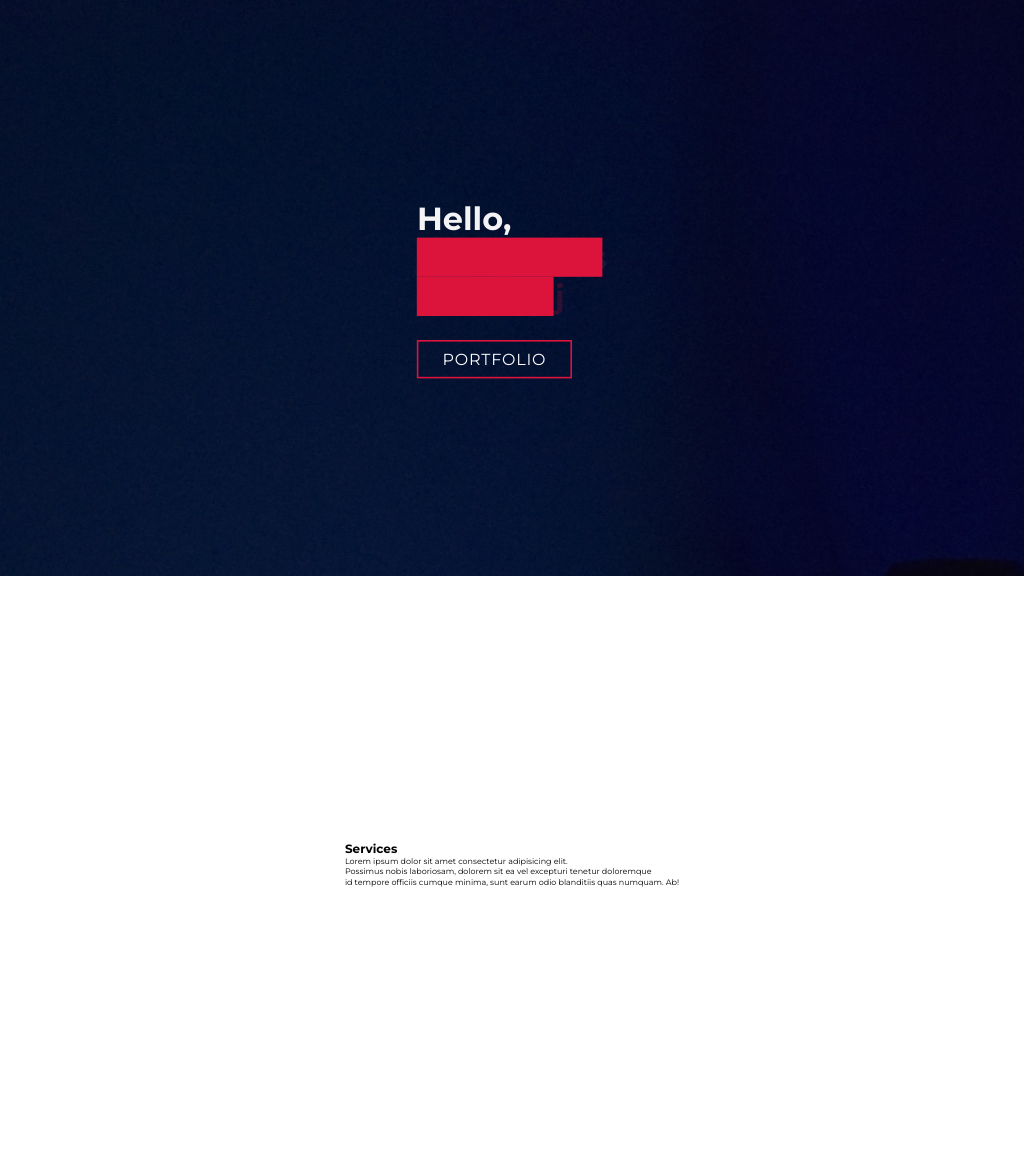
Repository: MintuKrishnan/subrahmanyam-batch
Page: front-end/deshraj/index.html
An editor plug-in stored every save of this project. The page is shown before and after the next save, followed by the edit.
The browser window is 1280 px wide. The pictures show the whole page, at 80% of full size.

Above is the page before, as saved 2021-03-08 09:42:15.

### front-end/deshraj/index.html
<!DOCTYPE html>
<html lang="en">
  <head>
    <meta charset="UTF-8" />
    <meta http-equiv="X-UA-Compatible" content="IE=edge" />
    <meta name="viewport" content="width=device-width, initial-scale=1.0" />
    <link rel="stylesheet" href="style.css" />
    <title>My Website</title>
  </head>
  <body>
    <!-- hero section-->
    <section id="hero">
      <div class="hero container">
        <div>
          <h1>Hello,<span></span></h1>
          <h1>My name is <span></span></h1>
          <h1>Desh Raj <span></span></h1>
          <a href="#" type="button" class="cta">Portfolio</a>
        </div>
      </div>
    </section>
    <!-- End of hero section -->

    <!--Sevice section-->
    <section id="services">
      <div class="service container">
        <div class="service-top">
          <h1 class="section-title">Serv<span>i</span>ces</h1>
          <p>
            Lorem ipsum dolor sit amet consectetur adipisicing elit.<br />
            Possimus nobis laboriosam, dolorem sit ea vel excepturi tenetur
            doloremque <br />
            id tempore officiis cumque minima, sunt earum odio blanditiis quas
            numquam. Ab!
          </p>
        </div>
        <div class="service-bottom">
          <div class="service-item"></div>
        </div>
      </div>
    </section>

    <!--End sevice section-->
  </body>
</html>

### front-end/deshraj/style.css
@import url('https://fonts.googleapis.com/css2?family=Montserrat:wght@300;400;700&display=swap');

* {
  padding: 0;
  margin: 0;
  box-sizing: border-box;
}
html {
  font-size: 10px;
  font-family: 'Montserrat', sans-serif;
}
a {
  text-decoration: none;
}
.container {
  min-height: 100vh;
  width: 100%;
  display: flex;
  align-items: center;
  justify-content: center;
}

/* hero section */
#hero {
  /* background-image: url(./siteimg.jpg); */
  background-image: url('./siteimg.jpg');
  /* background-size: cover;
  background-position: top center;
  position: relative; */
  /* z-index: 1; */
}

/* #hero::after {
  content: '';
  position: absolute;
  left: 0;
  top: 0;
  height: 100%;
  width: 100%;
  background-color: black;
  opacity: 0.7;
  z-index: -1;
} */
/* #hero .hero{
    max-width: 1200px;
    margin: 0 auto;
    padding: 0 50px;
    justify-content: flex-start;
} */
#hero h1 {
  display: block;
  width: fit-content;
  font-size: 4rem;
  position: relative;
  color: transparent;
  animation: text_reveal 3s ease forwards;
  animation-delay: 3s;
}
#hero h1:nth-child(1) {
  animation-delay: 2.8s;
}
#hero h1:nth-child(2) {
  animation-delay: 4.8s;
}
#hero h1:nth-child(3) {
  animation: text_reveal_name 3s ease forwards;
  animation-delay: 4.5s;
}
#hero h1 span {
  position: absolute;
  top: 0;
  left: 0;
  height: 100%;
  width: 0%;
  background-color: crimson;
  animation: text_reveal_box 3s ease;
  animation-delay: 3s;
}
#hero h1:nth-child(1) span {
  animation-delay: 2s;
}
#hero h1:nth-child(2) span {
  animation-delay: 3.8s;
}
#hero h1:nth-child(3) span {
  animation-delay: 4s;
}
#hero .cta {
  display: inline-block;
  padding: 10px 30px;
  color: white;
  background-color: transparent;
  border: 2px solid crimson;
  font-size: 2rem;
  text-transform: uppercase;
  letter-spacing: 0.1rem;
  margin-top: 30px;
  transition: 0.3s ease;
  transition-property: background-color, color;
}
#hero .cta:hover {
  color: white;
  background-color: crimson;
}
/* end hero section */

/* keyframs */
@keyframes text_reveal_box {
  50% {
    width: 100%;
    left: 0;
  }
  100% {
    width: 0;
    left: 100%;
  }
}
@keyframes text_reveal {
  100% {
    color: white;
  }
}
@keyframes text_reveal_name {
  100% {
    color: crimson;
    font-weight: 700;
  }
}
/* End keyframs */

After the next save:
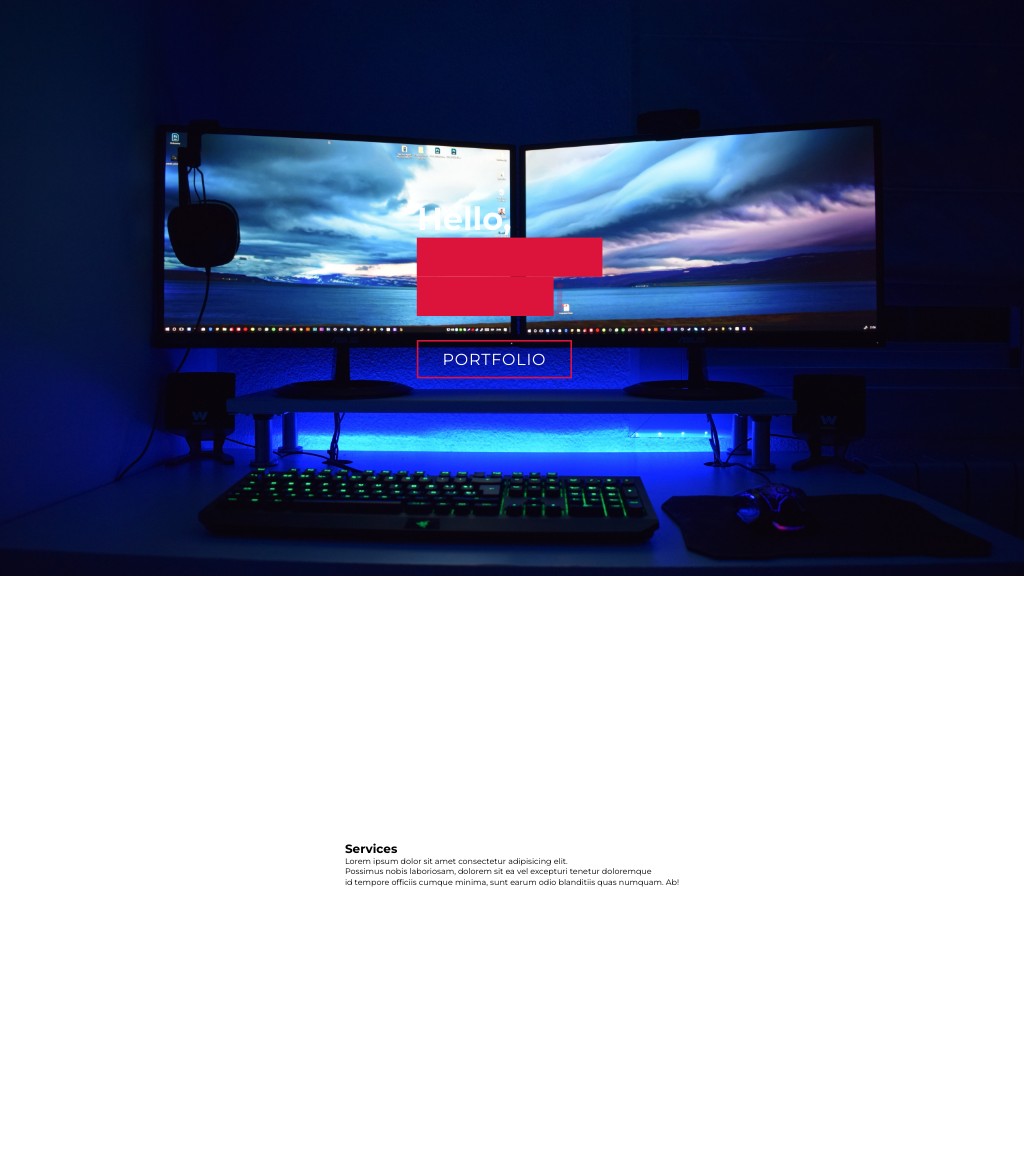
Saved 89 s later.
--- a/front-end/deshraj/style.css
+++ b/front-end/deshraj/style.css
@@ -24,8 +24,8 @@ a {
 #hero {
   /* background-image: url(./siteimg.jpg); */
   background-image: url('./siteimg.jpg');
-  /* background-size: cover;
-  background-position: top center;
+  background-size: cover;
+  /* background-position: top center;
   position: relative; */
   /* z-index: 1; */
 }
